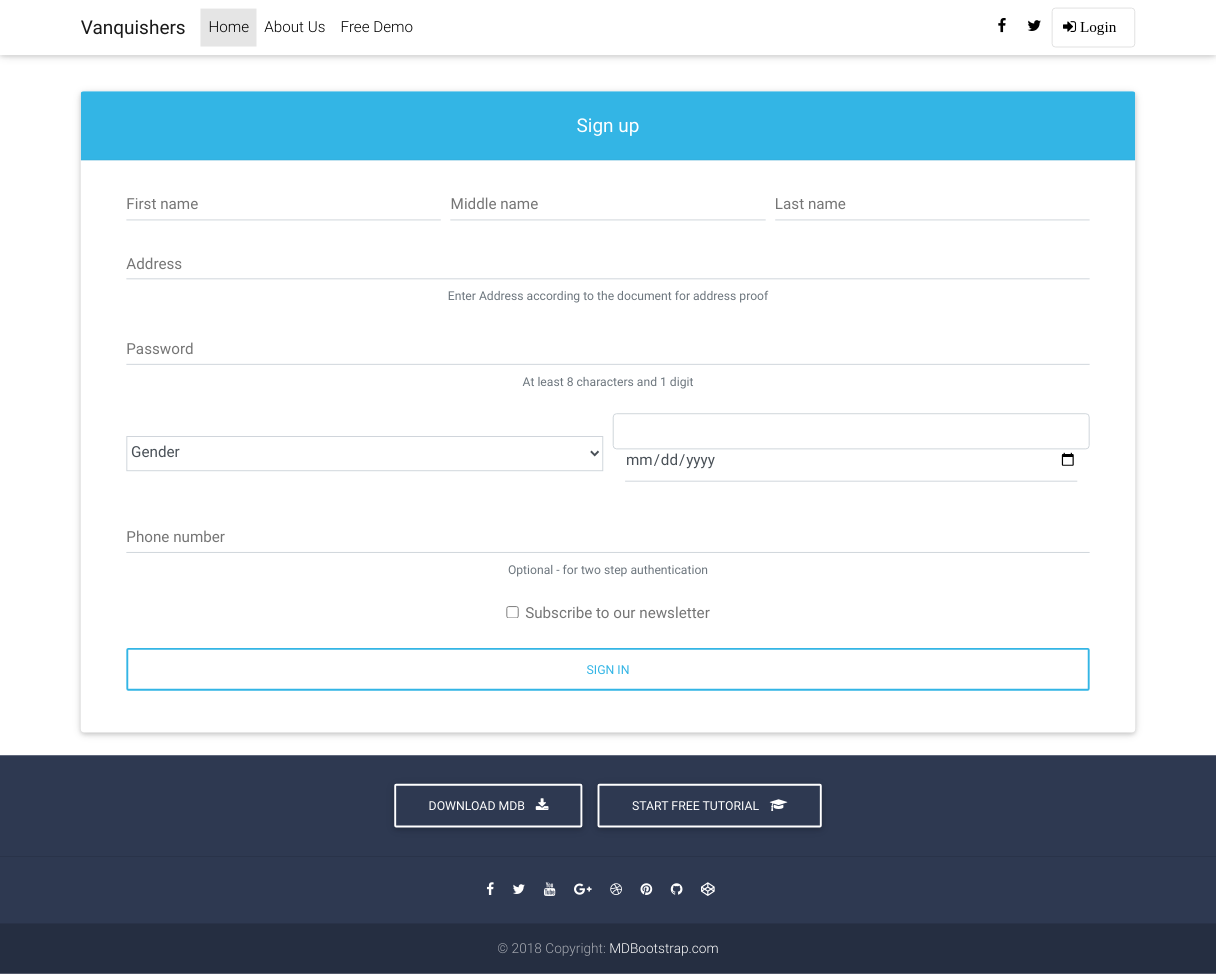
Repository: KJSCEhack/KJSCE_Vanquishers
Page: http://localhost/demo.php
An editor plug-in stored every save of this project. The page is shown before and after the next save, followed by the edit.
The browser window is 1280 px wide. The pictures show the whole page, at 95% of full size.
The page is run by PHP 8.4 with error messages shown; the project is at /var/www/html/.

Above is the page before, as saved 2018-10-06 09:40:22.
Console error: TypeError: $(...).material_select is not a function

After the next save:
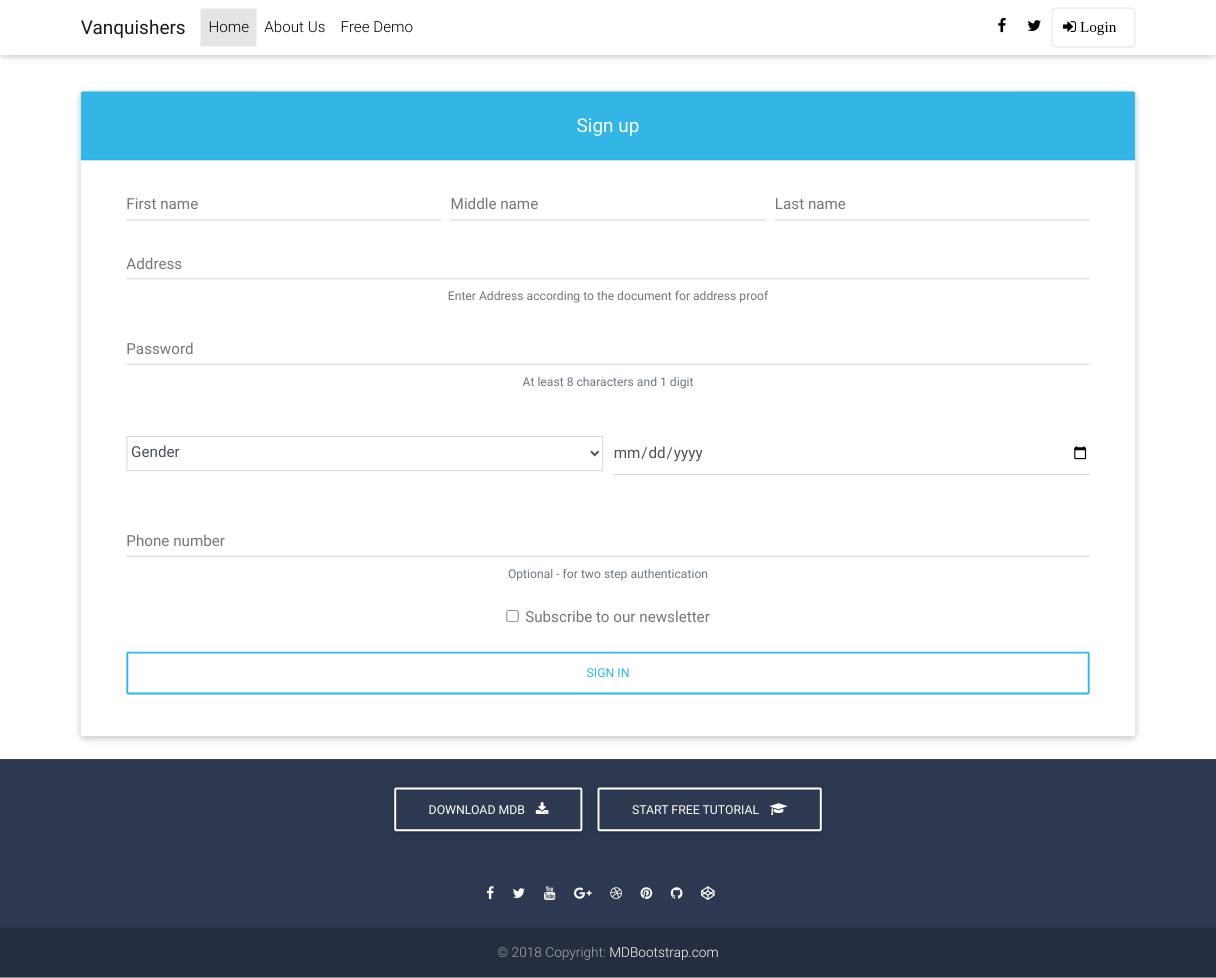
Saved 25 s later.
--- a/demo.php
+++ b/demo.php
@@ -169,10 +169,8 @@ mysqli_close($conn);
                             </div>
                         </div>
                         <div class="col">
-                            <div class="form-control">
-                                <div class="md-form">
-                                    <input type="date" class="form-control">
-                                </div>
+                            <div class="md-form">
+                                <input type="date" class="form-control">
                             </div>
                         </div>
                     </div>
